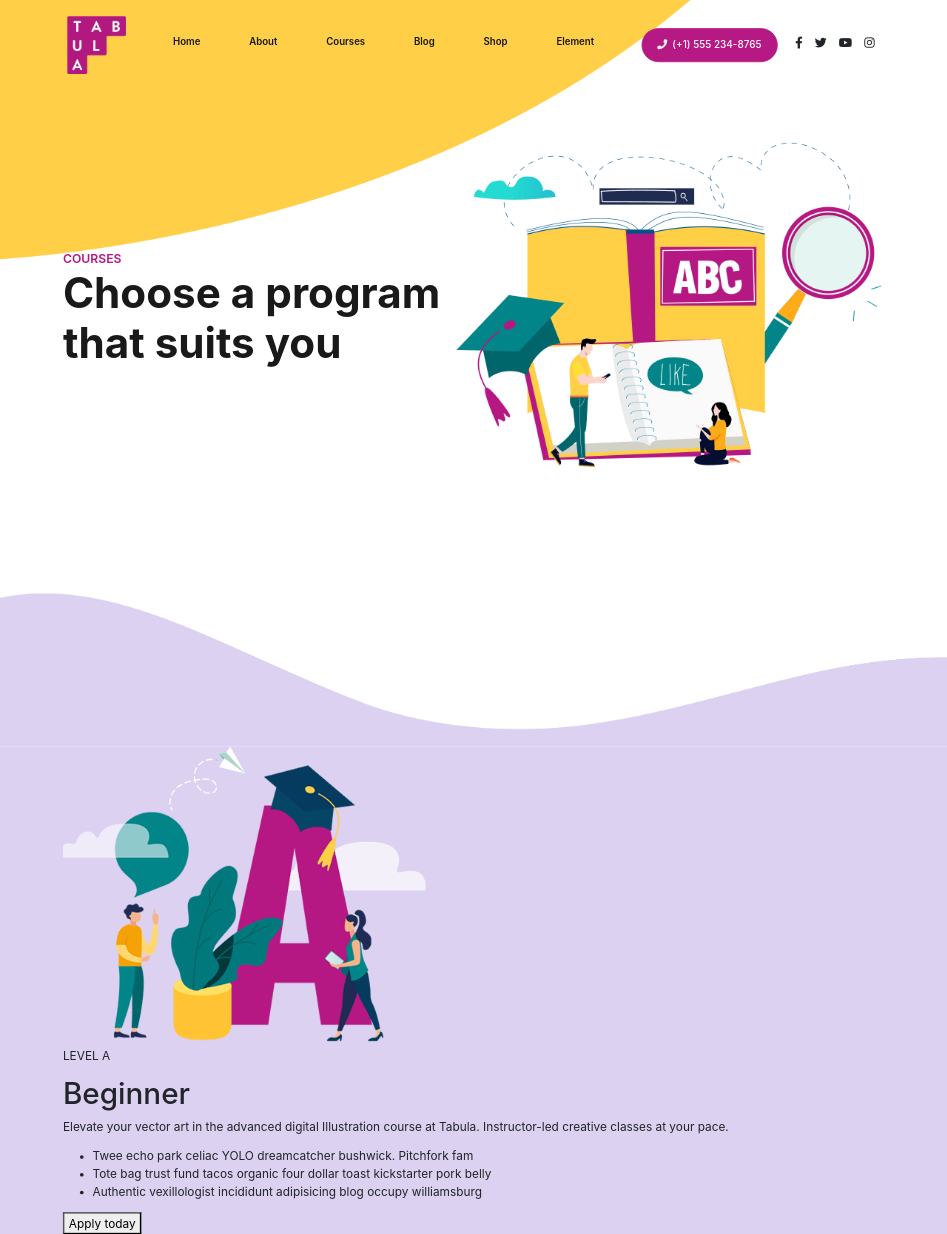
Repository: Khanh1234-glitch/TruongNguyenBaoKhanh_BC22_assignment__tabula
Page: Tabula/index.html
The author's editor kept a copy of each file at every save. The page is drawn from the files as they stood at one save, then again after the next save.
The browser window is 1280 px wide. The pictures show the whole page, at 74% of full size.
The style sheet was rebuilt from its Sass, Less or Tailwind sources for each picture, by a compiler version that may differ from the author's.

Above is the page before, as saved 2022-04-16 11:05:04.

### Tabula/index.html
<!doctype html>
<html lang="en">

<head>
    <title>Title</title>
    <!-- Required meta tags -->
    <meta charset="utf-8">
    <meta name="viewport" content="width=device-width, initial-scale=1, shrink-to-fit=no">
    <!-- link css -->
    <link rel="stylesheet" href="./css/style.css">
    <!-- link fontawesome -->
    <link rel="stylesheet" href="https://cdnjs.cloudflare.com/ajax/libs/font-awesome/5.15.4/css/all.min.css">
    <!-- Bootstrap CSS -->
    <link rel="stylesheet" href="https://stackpath.bootstrapcdn.com/bootstrap/4.3.1/css/bootstrap.min.css" integrity="sha384-ggOyR0iXCbMQv3Xipma34MD+dH/1fQ784/j6cY/iJTQUOhcWr7x9JvoRxT2MZw1T" crossorigin="anonymous">
</head>

<body>
    <header>
        <nav class="navbar container navbar-expand-md navbar-dark">
            <!-- Toggler/collapsibe Button -->
            <button class="navbar-toggler" type="button" data-toggle="collapse" data-target="#collapsibleNavbar">
                <span class="navbar-toggler-icon"></span>
            </button>
            <!-- Brand -->
            <img style="cursor:pointer" src="./img/crest.png" alt="">
            <!-- Navbar links -->
            <div class="collapse navbar-collapse " id="collapsibleNavbar">
                <ul class="navbar-nav ml-auto">
                    <li class="nav-item">
                        <a class="nav-link" href="#">Home</a>
                    </li>
                    <li class="nav-item">
                        <a class="nav-link" href="#">About</a>
                    </li>
                    <li class="nav-item">
                        <a class="nav-link" href="#">Courses</a>
                    </li>
                    <li class="nav-item">
                        <a class="nav-link" href="#">Blog</a>
                    </li>
                    <li class="nav-item">
                        <a class="nav-link" href="#">Shop</a>
                    </li>
                    <li class="nav-item">
                        <a class="nav-link" href="#">Element</a>
                    </li>
                    <li class="button">
                        <button class="btn-header"><i style="margin-right:7px;" class="fa fa-phone"></i> (+1) 555 234-8765</button>
                    </li>
                    <li class="nav-item" style="margin-top:10px">
                        <i class="fab fa-facebook-f"></i>
                        <i class="fab fa-twitter"></i>
                        <i class="fab fa-youtube"></i>
                        <i class="fab fa-instagram"></i>
                    </li>
                </ul>
            </div>
        </nav>
        <div class="hero-book container ">
            <div class="text-left">
                <span>COURSES</span>
                <h1>Choose a program that suits you</h1>
            </div>
            <div class="img-right">
                <img src="./img/hero_books.png" alt="">
            </div>
        </div>
    </header>
    <div class="img-beginer">
        <img src="./img/Violet_top_left_wave.png" alt="">
    </div>

    <section class="beginner ">
        <div class="title-beginner container">
            <div class="img_left">
                <img src="./img/letter_a.png" alt="">
            </div>
            <div class="text_right">
                <p>LEVEL A
                </p>
                <h1>Beginner
                </h1>
                <p>Elevate your vector art in the advanced digital Illustration course at Tabula. Instructor-led creative classes at your pace.</p>
                <ul>
                    <li>Twee echo park celiac YOLO dreamcatcher bushwick. Pitchfork fam</li>
                    <li>Tote bag trust fund tacos organic four dollar toast kickstarter pork belly</li>
                    <li>Authentic vexillologist incididunt adipisicing blog occupy williamsburg</li>
                </ul>
                <div class="btn-beginner">
                    <button>Apply today</button>
                </div>
            </div>
        </div>
    </section>
    <!-- Optional JavaScript -->
    <!-- jQuery first, then Popper.js, then Bootstrap JS -->
    <script src="https://code.jquery.com/jquery-3.3.1.slim.min.js" integrity="sha384-q8i/X+965DzO0rT7abK41JStQIAqVgRVzpbzo5smXKp4YfRvH+8abtTE1Pi6jizo" crossorigin="anonymous"></script>
    <script src="https://cdnjs.cloudflare.com/ajax/libs/popper.js/1.14.7/umd/popper.min.js" integrity="sha384-UO2eT0CpHqdSJQ6hJty5KVphtPhzWj9WO1clHTMGa3JDZwrnQq4sF86dIHNDz0W1" crossorigin="anonymous"></script>
    <script src="https://stackpath.bootstrapcdn.com/bootstrap/4.3.1/js/bootstrap.min.js" integrity="sha384-JjSmVgyd0p3pXB1rRibZUAYoIIy6OrQ6VrjIEaFf/nJGzIxFDsf4x0xIM+B07jRM" crossorigin="anonymous"></script>
</body>

</html>

### Tabula/Sass/style.scss
@import "./helper/mixin";
@import "./helper/variable";
@import "./Component/navbar";
@import "./Component/button";
@import "./Component/social";
@import "./Component/herobook";
@import "./Component/benginer";
@import "./Component/img";

### Tabula/Sass/helper/_mixin.scss
@mixin content($fs, $fw, $color) {
    font-size: $fs;
    font-weight: $fw;
    background-color: $color;
}

@mixin content2($fs, $fw, $color) {
    font-size: $fs;
    font-weight: $fw;
    color: $color;
}

### Tabula/Sass/helper/_variable.scss
//color
$color:#e6afd4;
$color2:#181818;
$color3:#b61984 !important;
$color4:#191919;
//font weight
$fw-1:500;
$fw-2:600;
$fw-3:700;
$fw-4:800;
//font-size
$fs-1:13px;
$fs-2:57px;
$fs-3:16.5px;
$fs-4:14.625px;
$fs-5:13.125px;
$fs-6:13.5px;
$fs-7:16.5px;

### Tabula/Sass/Component/_navbar.scss
body {
    background: url("./../../img/yellow_top_wave_01.png");
    background-repeat: no-repeat;
    header {
        .navbar-nav {
            .nav-item {
                a {
                    @include content2($fs-1,
                    $fw-2,
                    $color2);
                    line-height: 80px;
                    margin-right: 50px;
                    color: $color2 !important;
                    transition: all 0.5s;
                    &::after {
                        content: "";
                        width: 10px;
                        height: 10px;
                        margin-left: 7px;
                        border-radius: 100%;
                        display: block;
                        background-color: $color3;
                        transition: all 0.5s;
                        transform: scaleX(0);
                    }
                    &:hover {
                        color: $color3;
                        &::after {
                            transform: scaleX(1);
                        }
                    }
                }
            }
        }
    }
}

### Tabula/Sass/Component/_button.scss
    .navbar-nav {
        .button {
            display: flex;
            align-items: center;
            margin-right: 18px;
            button {
                @include content($fs-6, $fw-1, $color3);
                align-items: center;
                border-radius: 50px;
                display: flex;
                justify-content: center;
                line-height: 13.5px;
                margin: 6px;
                padding: 14.85px 20.25px;
                text-align: center;
                color: #fff;
                border: 1px solid $color3;
                transition: all 0.2s;
                &:hover {
                    background-color: #fff !important;
                    border: 1px solid $color3;
                    color: $color3;
                }
            }
        }
    }

### Tabula/Sass/Component/_social.scss
.navbar-nav {
    .nav-item {
        i {
            margin-right: 12px;
            line-height: 80px;
            cursor: pointer;
            transition: all 0.5s;
            &:hover {
                color: $color3;
            }
        }
    }
}

### Tabula/Sass/Component/_herobook.scss
.hero-book {
    display: flex;
    .text-left {
        margin-top: 216px;
        span {
            @include content2($fs-7, $fw-2, $color3);
            line-height: 19.8px;
        }
        h1 {
            @include content2($fs-2, $fw-3, $color4);
            line-height: 68.4px;
        }
    }
    .img-right {
        margin-bottom: 100px;
    }
}

### Tabula/Sass/Component/_benginer.scss
.beginner {
    background-color: rgb(220, 209, 240);
    .text_right {
        p:first-of-type {}
    }
}

### Tabula/Sass/Component/_img.scss
.img-beginer {
    img {
        width: 100%;
        height: auto;
        display: block;
    }
}

After the next save:
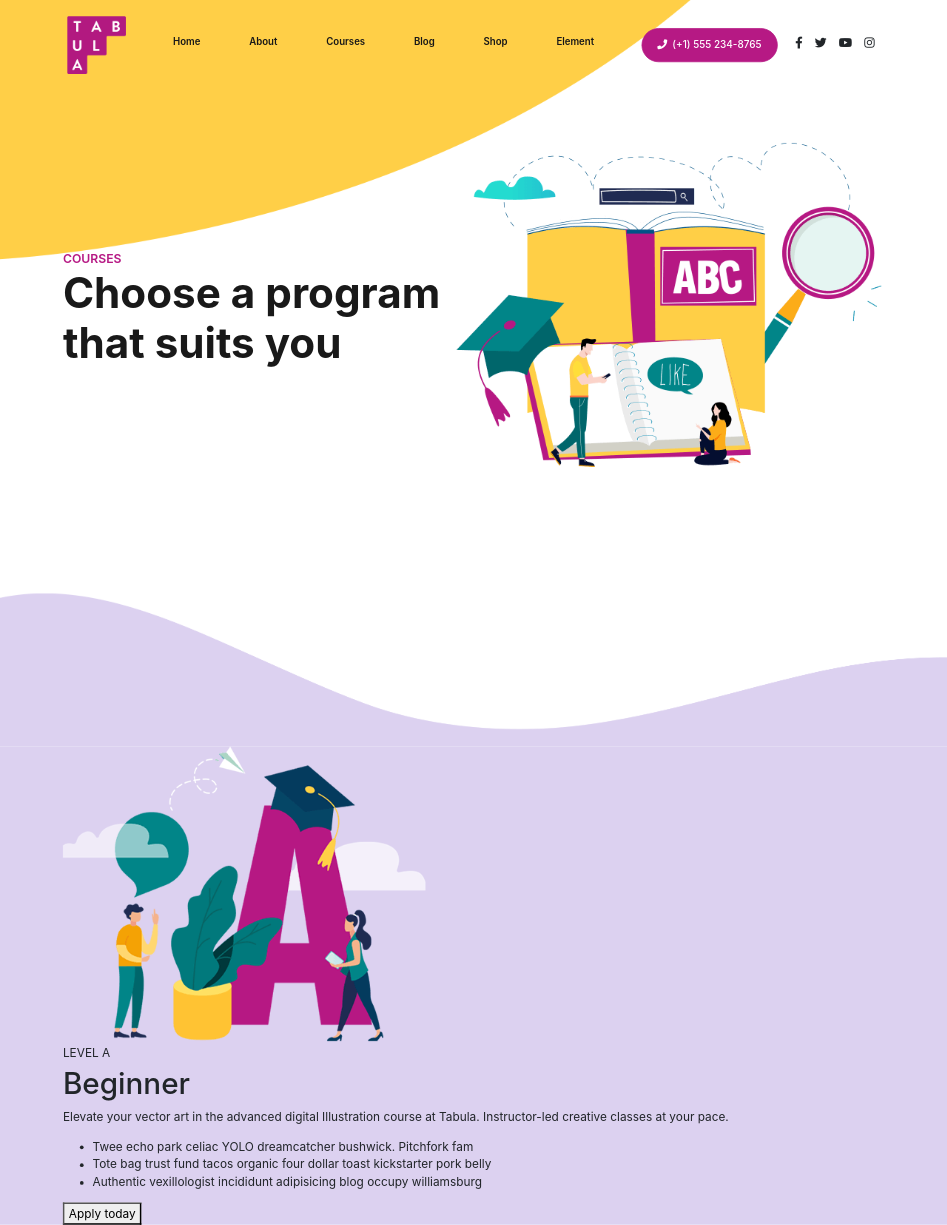
Saved 22 s later.
--- a/Tabula/Sass/Component/_benginer.scss
+++ b/Tabula/Sass/Component/_benginer.scss
@@ -1,6 +1,9 @@
 .beginner {
     background-color: rgb(220, 209, 240);
     .text_right {
-        p:first-of-type {}
+        p:first-of-type {
+            line-height: 18px;
+            margin: 0px 0px 9px;
+        }
     }
 }
